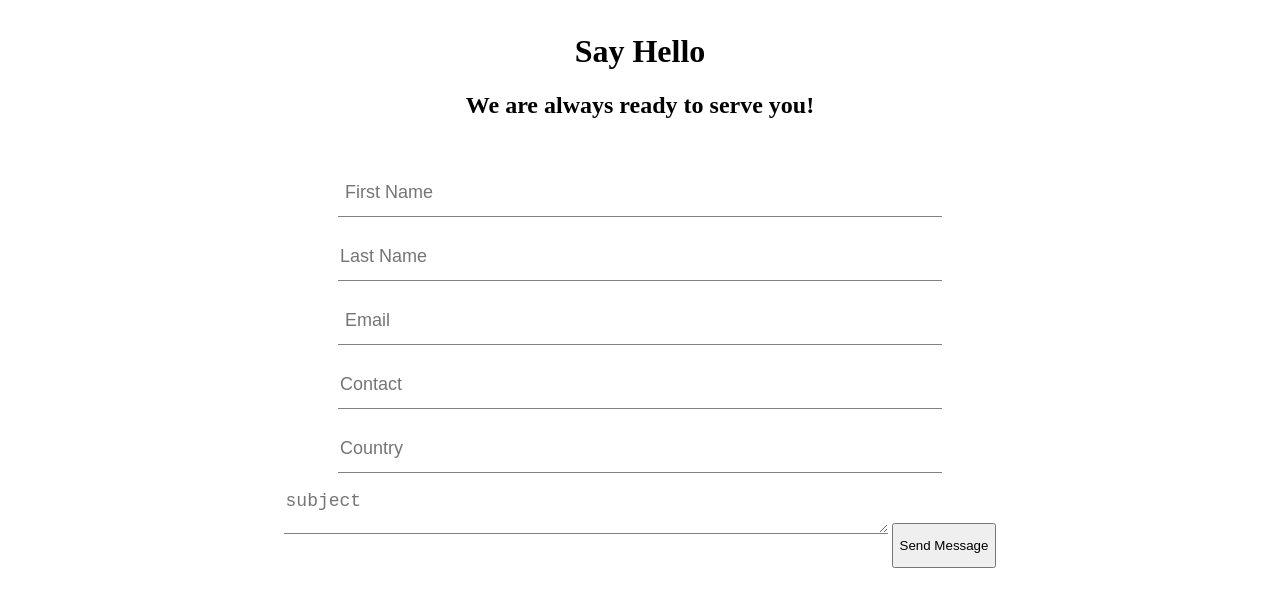
Repository: Owusuharriet/HW1-HAMAH.index.html
Page: index.htm
The author's editor kept a copy of each file at every save. The page is drawn from the files as they stood at one save, then again after a run of saves.
The browser window is 1280 px wide. The pictures show the whole page.

Above is the page before, as saved 2020-08-03 23:20:01.

### index.htm
<!DOCTYPE html>
<html lang="en">
<head>
    <meta charset="UTF-8">
    <meta name="viewport" content="width=device-width, initial-scale=1.0">
    <link rel="stylesheet" href="./style.css">
    <title>Contact Form</title>
</head>
<body>
    <div class="contact-title">
        <h1>Say Hello</h1>
        <h2>We are always ready to serve you!</h2>
    </div>

    <form class="contact-form">
        <from id="contact-form" method="post" action="">
        <input name="name" type="text" class="form-control" placeholder=" First Name" required>
        <br>
        <input name="name" type="text" class="form-control" placeholder="Last Name" required>
        <br>
        <input name="emial" type="email" class="form-control" placeholder=" Email"required>
        <br>
        <input name="contact" type="contact" class="form-control" placeholder="Contact" required>
        <br>
        <input name="Country" type="country" class="form-control" placeholder="Country" required>
        <br>
        <textarea name="subject" type="subject" class="form-control" placeholder="subject" required></textarea>

        <input type="submit" class="form-center submit" value="Send Message">
    </form>


    </div>


</body>
</html>

### style.css
body{
    margin: 6px;
    padding: 6px;
    text-align: center;
    background-color:;

    background-size: cover;
    background-position: center;

}
.content-title{
    margin-top: 100px;
    color: rgb(43, 36, 36);
    text-transform: uppercase;
    transition: all 2 ease-in-out;

}
.content-title h1{
    font-size: 32px;
    line-height: 10px;
}

.content-title h2{
    font-size: 10px;
}

form{
    margin-top: 50px;
    transition: all;
}

.form-control{
    width: 600px;
    background: transparent;
    border: none;
    outline: none;
    border-bottom: 1px solid gray;
    color:#ffffff;
    font-size: 18px;
    margin-bottom: 16px;
}

input{
    height: 45px;

}

form.submit{
    background: green;
    border-color: honeydew;
}

After the next 2 saves:
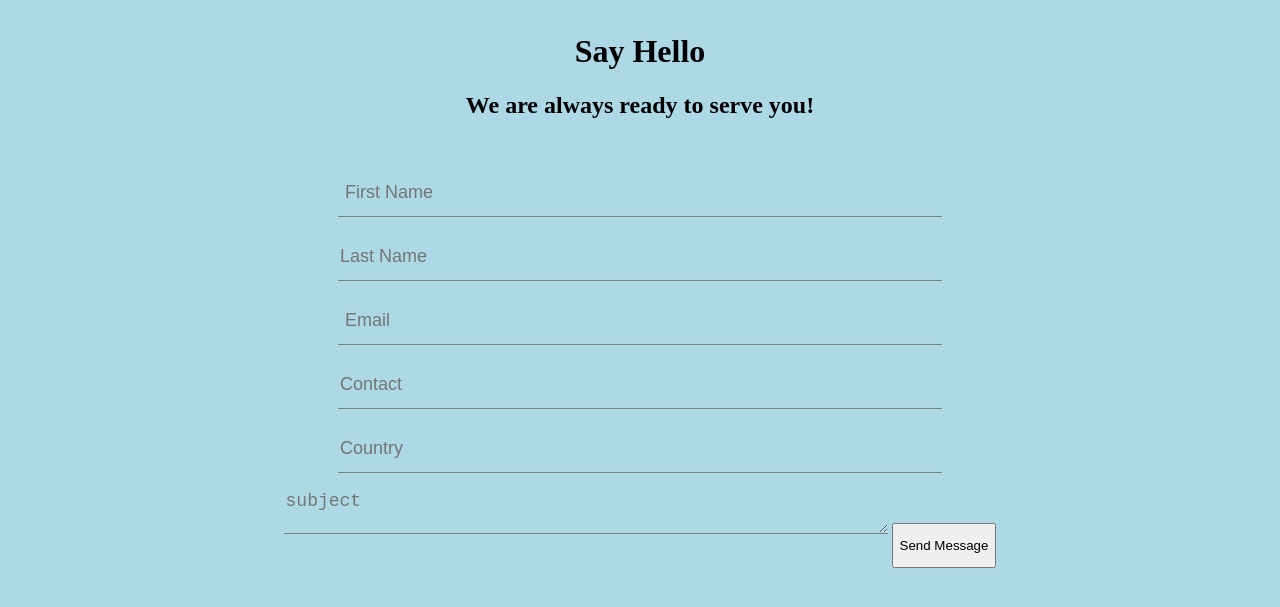
The 2 saves are shown as one change because they came seconds apart.
The last was saved 14 s later.
--- a/style.css
+++ b/style.css
@@ -2,7 +2,7 @@ body{
     margin: 6px;
     padding: 6px;
     text-align: center;
-    background-color:;
+    background-color:lightblue;
 
     background-size: cover;
     background-position: center;
